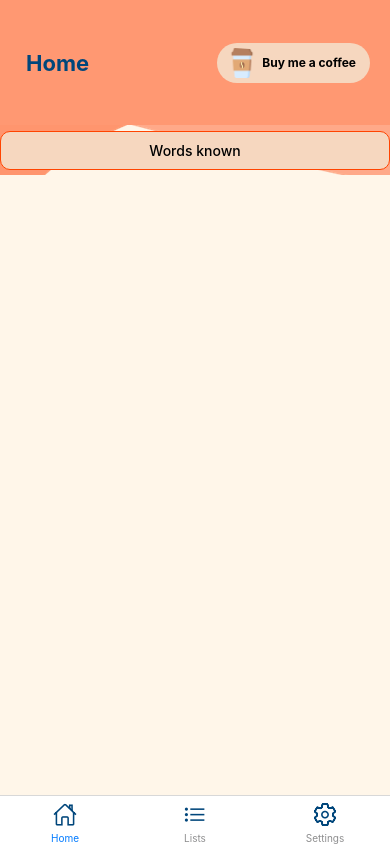
Repository: David-Waite/SpellingApp
Screen: /
The author's editor kept a copy of each file at every save. The screen is drawn from the files as they stood at one save, then again after the next save.
The app was drawn by React Native's web renderer in a window 390 px wide. The project was rebuilt for these pictures with package versions that can differ from the ones it lists, and the page was loaded fresh each time. Also part of the build but not shown: screens/Settings.js, screens/SpellWord.js, screens/WordsLearnt.js, screens/WordListOverview.js, screens/WordLists.js, screens/Donate.js.

Above is the screen before, as saved 2023-06-22 22:03:09.

After the next save:
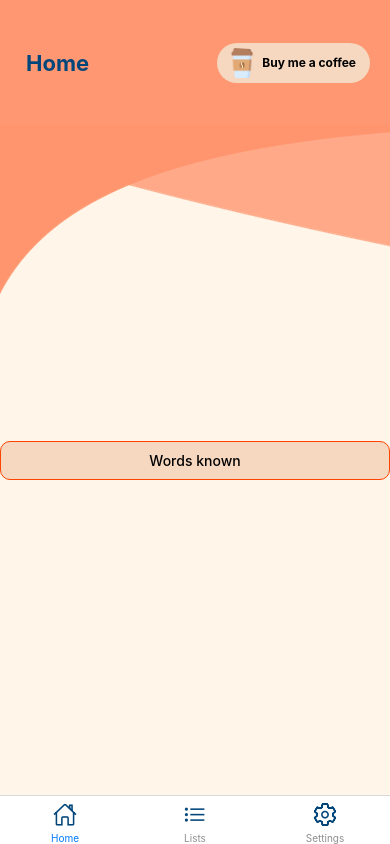
Saved 29 s later.
--- a/screens/Home.js
+++ b/screens/Home.js
@@ -26,7 +26,8 @@ const styles = StyleSheet.create({
   },
   ImageBackground: {
     resizeMode: "fit",
-    height: 50,
+
+    flex: 1,
     justifyContent: "center",
   },
 });
